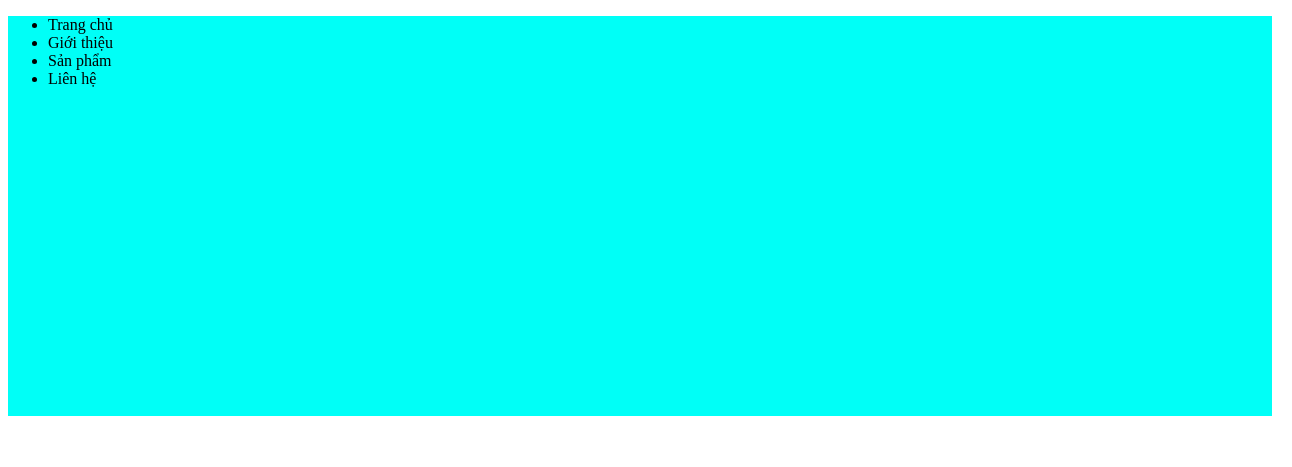
Repository: Tan-Khang21/TH_TKW--Buoi_03
Page: BT_ve_nha/Bai_1/nav.html
These files come from the project's save history. The page is drawn as it stood at one moment and after the next save; the edit follows.
The browser window is 1280 px wide. The page is 1280 px wide, then 1292 px, so the pictures cover 1292 px, including what lies to the right of the window. The pictures show the whole page.

Above is the page before, as saved 2024-02-28 19:19:01.

### BT_ve_nha/Bai_1/nav.html
<!DOCTYPE html>
<html lang="en">
  <head>
    <meta charset="UTF-8" />
    <meta name="viewport" content="width=device-width, initial-scale=1.0" />
    <title>Document</title>
  </head>
  <body>
    <div style="background-color: #00fff7; width: 100%; height: 400px">
      <ul>
        <li>Trang chủ</li>
        <li>Giới thiệu</li>
        <li>Sản phẩm</li>
        <li>Liên hệ</li>
      </ul>
    </div>
  </body>
</html>

After the next save:
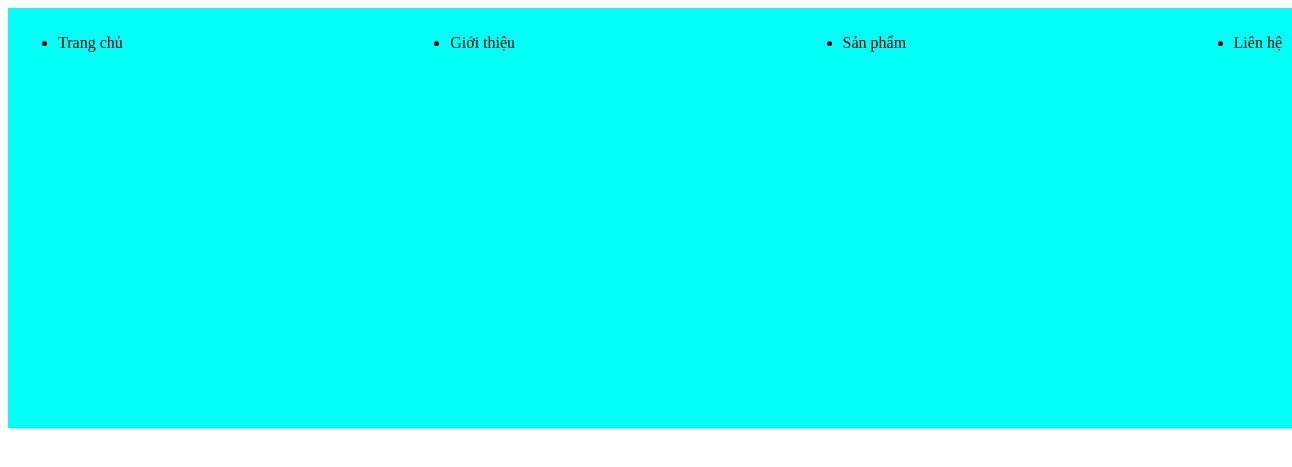
Saved 49 s later.
--- a/BT_ve_nha/Bai_1/nav.html
+++ b/BT_ve_nha/Bai_1/nav.html
@@ -6,8 +6,8 @@
     <title>Document</title>
   </head>
   <body>
-    <div style="background-color: #00fff7; width: 100%; height: 400px">
-      <ul>
+    <div style="background-color: #00fff7; width: 100%; height: 400px; padding: 10px;">
+      <ul style="display: flex; justify-content: space-between; align-items: center;">
         <li>Trang chủ</li>
         <li>Giới thiệu</li>
         <li>Sản phẩm</li>
